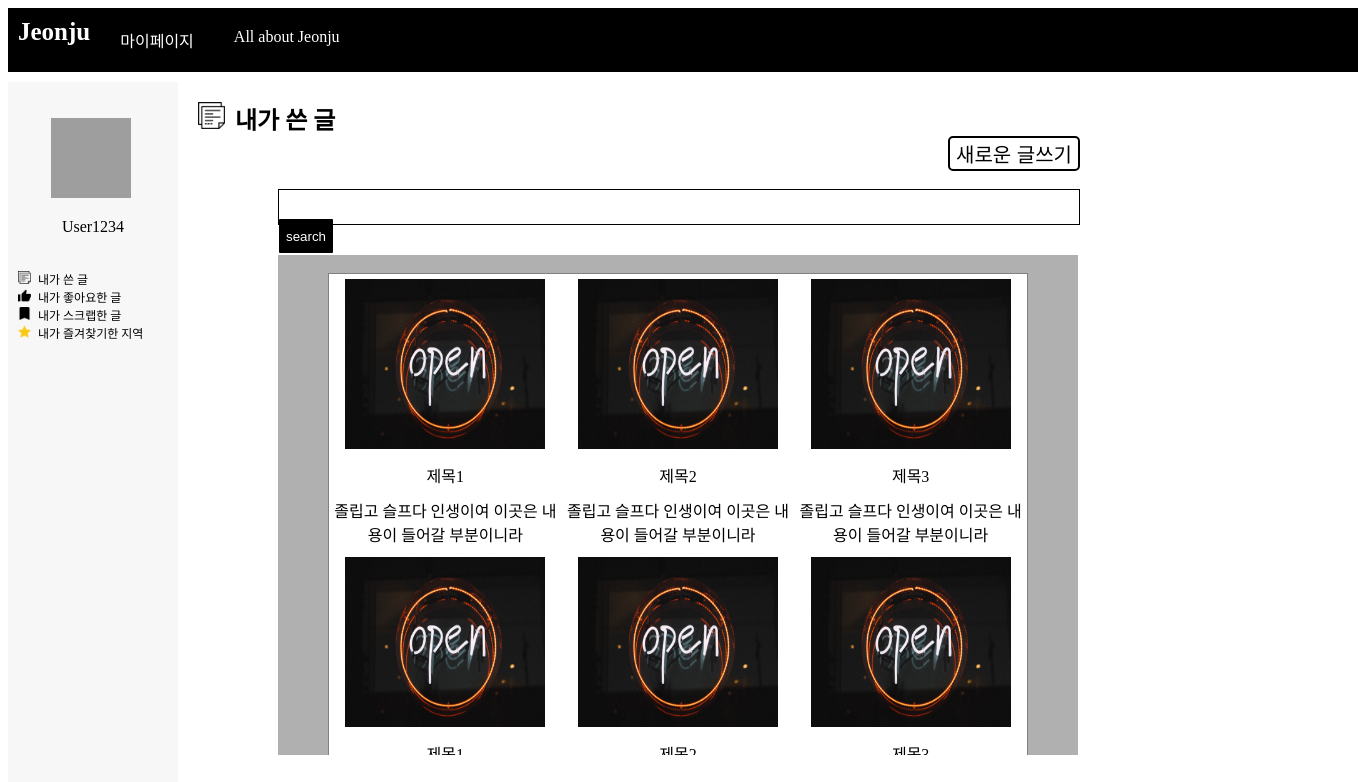
Repository: wka99/WEB-PROJECT
Page: http://localhost/Jeonju/UserPage.html
The author's editor kept a copy of each file at every save. The page is drawn from the files as they stood at one save, then again after the next save.
The browser window is 1280 px wide. The page is 1358 px wide, so the pictures cover 1358 px, including what lies to the right of the window. The pictures show the whole page.
Pictures or frames that could not be fetched are drawn as grey boxes. An inner scrolling area shows only its first screen. Some web libraries are served in a nearby version. The page is served by Tomcat 9. Other server files are loaded and not shown.

Above is the page before, as saved 2018-12-03 09:28:16.

### Jeonju/WebContent/UserPage.html
<!DOCTYPE html>
<html>
<head>
<meta content="text/html" charset="EUC-KR">
<script src="https://code.jquery.com/jquery-3.2.1.min.js"></script>
<script>
$(document).ready(function(){
    $("#searchbutton").click(function(event){
    	var keyword=$(".searchtext").val();
    	alert(keyword);
    });
})
</script>
<title>전주 mypage</title>
<link rel="stylesheet" type="text/css" href="NewFile.css">
</head>
<body>
<div id="container">
	<ul class="menubar">
		<li class="h"><a class="title" href="##"><b>Jeonju</b></a></li>
		<li class="h"><a class="h" href="UserPage.html">마이페이지</a>
			<ul>
				<li><a href="UserPage.html"><img id="usermenuimg" src="paper.png"></img> 내가 쓴 글</a></li>
				<li><a href="UserPage2.html"><img id="usermenuimg" src="thumb-up-button.png"></img> 내가 좋아요한 글</a></li>
				<li><a href="UserPage3.html"><img id="usermenuimg" src="bookmark-ribbon.png"></img> 내가 스크랩한 글</a></li>
				<li><a href="UserPage4.html"><img id="usermenuimg" src="star.png"></img> 내가 즐겨찾기한 글</a></li>
			</ul>
		</li>
		<li class="h"><a class="h" href="##">All about Jeonju</a></li>
	</ul>
    <nav>
    	<br><br>
    	<img id="userImg" src="user.png" width="80px" height="80px"></img>
    	<br><p align="center">User1234</p><br></a>
	<div class="menu">
    	<img id="usermenuimg" src="paper.png"></img>
    	<a href="UserPage.html"><span>&nbsp;내가 쓴 글</span><br></a>
    	<img id="usermenuimg" src="thumb-up-button.png"></img>
    	<a href="UserPage2.html"><span>&nbsp;내가 좋아요한 글</span><br></a>
    	<img id="usermenuimg" src="bookmark-ribbon.png"></img>
    	<a href="UserPage3.html"><span>&nbsp;내가 스크랩한 글</span><br></a>
    	<img id="usermenuimg" src="star.png"></img>
    	<a href="UserPage4.html"><span>&nbsp;내가 즐겨찾기한 지역</span></a>
	</div>
    </nav>
    <section>
    	<div class="title">
    		<img class="bigMenu" id="내가 쓴 글" src="paper.png" width="27px" height="27px"></img>
    		<b><font size="5">&nbsp;내가 쓴 글</font></b>
    	</div>
    	<div align="right">
    		<button class="btn-2" onClick="location.href='##sss'">새로운 글쓰기</button>
    	</div>
    	<br>
    	<div class="searchwindow">
    		<input type="text" class="searchtext" value=""/>
    		<button id="searchbutton" type="button" class="search">search</button>
    	</div>
    	<br><br>
    	<div class="myPost">
    	<br>
    	<table id="user-table">
    		<tbody>
    		<tr>
				<td><img src="ds.jpg" width="200px" height="170px"></td>
				<td><img src="ds.jpg" width="200px" height="170px"></td>
				<td><img src="ds.jpg" width="200px" height="170px"></td>
    		</tr>
    		<tr>
    			<td height="10px">제목1</td>
				<td height="10px">제목2</td>
				<td height="10px">제목3</td>
    		</tr>
    		<tr>
    			<td height="50px">졸립고 슬프다 인생이여 이곳은 내용이 들어갈 부분이니라</td>
				<td height="50px">졸립고 슬프다 인생이여 이곳은 내용이 들어갈 부분이니라</td>
				<td height="50px">졸립고 슬프다 인생이여 이곳은 내용이 들어갈 부분이니라</td>
    		</tr>
    		<tr>
				<td><img src="ds.jpg" width="200px" height="170px"></td>
				<td><img src="ds.jpg" width="200px" height="170px"></td>
				<td><img src="ds.jpg" width="200px" height="170px"></td>
    		</tr>
    		<tr>
    			<td height="10px">제목1</td>
				<td height="10px">제목2</td>
				<td height="10px">제목3</td>
    		</tr>
    		<tr>
    			<td height="50px">졸립고 슬프다 인생이여 이곳은 내용이 들어갈 부분이니라</td>
				<td height="50px">졸립고 슬프다 인생이여 이곳은 내용이 들어갈 부분이니라</td>
				<td height="50px">졸립고 슬프다 인생이여 이곳은 내용이 들어갈 부분이니라</td>
    		</tr>
    		</tbody>
    	</table>
    	</div>
    </section>
</div>
</body>
</html>

### Jeonju/WebContent/NewFile.css
	#container{
		width:1350px;
		margin:0px auto;
	}
	header{
		    		width:100%;
                    height:50px;
                    background-color:black;
                    color:white;
                   }
    .menubar{
    	list-style-type:none;
    	margin:0;
    	padding:0;
    	overflow:hidden;
    	background-color:black;
    }
    li.h{
    	float:left;
    	solid #bbb;
    }
    li.h a.h{
    	display:block;
    	color:white;
    	text-align:center;
    	padding:20px;
    	text-decoration:none;
    }
    li.h a.title{
    	display:block;
    	color:white;
    	text-align:center;
    	padding:10px;
    	text-decoration:none;
    	font-size:25px;
    }
    .menubar li ul{
    	opacity:0.8;
		background: rgb(109,109,109);
		display:none; /* 평상시에는 드랍메뉴가 안보이게 하기 */
		height:auto;
		padding:0px;
		margin:0px;
		border:0px;
		position:absolute;
		width:200px;
		z-index:200;
	}
	.menubar li:hover ul{
		display:block; /* 마우스 커서 올리면 드랍메뉴 보이게 하기 */
	}
	.menubar li li {
	background: rgb(109,109,109);
	display:block;
	float:none;
	margin:0px;
	padding:0px;
	width:200px;
	}
	.menubar li:hover li a{
	background:none;
	}
	.menubar li ul a{
	display:block;
    color:white;
    text-align:left;
    text-decoration:none;
    padding:15px;
	}
	.menubar li ul a:hover, .menubar li ul li:hover a{
	background: rgb(71,71,71);
	border:0px;
	color:#ffffff;
	text-decoration:none;
	}
    li.h a.h:hover{background-color:#dfdfdf;}

    .searchwindow {
	display: inline-block;
	width: 800px; height: 34px;
	border: 1px solid black;
	background: white;
	align:center;
	margin-left:100px;
	}
	.searchtext {
		width: 731px; height: 21px;
		margin: 6px 0 0 9px;
		border: 0;
		line-height: 21px;
		font-size: 16px;
		outline: none;
	}
	.search {
		width: 54px; height: 34px;
		margin: 0; border: 0;
		vertical-align: top;
		background: black;
		color: white;
		border-radius: 1px;
		cursor: pointer;
	}
	.search:hover {
		background: #faa93e;
	}

	.btn-2,
	.btn-2::after {
	  -webkit-transition: all 0.3s;
	    -moz-transition: all 0.3s;
	  -o-transition: all 0.3s;
	    transition: all 0.3s;
	}
	.btn-2{
	  background: none;
	  border: 2px solid #000000;
	  border-radius: 5px;
	  color: #000000;
	  display: block;
	  font-size: 20px;

	  position: relative;
	  text-transform: uppercase;
	}

	.btn-2::before,
	.btn-2::after {
	  background: #000000;
	  content: '';
	  position: absolute;
	  z-index: -1;
	}

	.btn-2:hover {
	  color: #fff;
	}

	.btn-2::after {
	  height: 100%;
	  left: 0;
	  top: 0;
	  width: 0;
	}

	.btn-2:hover:after {
	  width: 100%;
	}


    nav{
            float:left;
            margin-top:10px;
            background-color:#f7f7f7;
            width:170px;
            height:700px;}
    section{
    		float:left;
    	}
    #userImg{margin-left:43px;}
    #usermenuimg{margin-left:10px;width:13px;height:13px;}
	.menu{margin-bottom:5px;}
    nav span{font-size:12px;}
    .menu a{color:black;text-decoration:none;}
    header a{color:white;text-decoration:none;}
    .bigMenu{margin-left:20px; margin-top:30px;}
    .myPost,.bookmark_posts{width:800px; height:500px; margin-left:100px; overflow:auto; background-color:#b0b0b0;}
    #user-table{margin:0 auto;text-align:center;border-collapse:collapse;width:700px;
                border:1px solid gray; background-color:white;}
    #user-table td{padding:5px;}

After the next save:
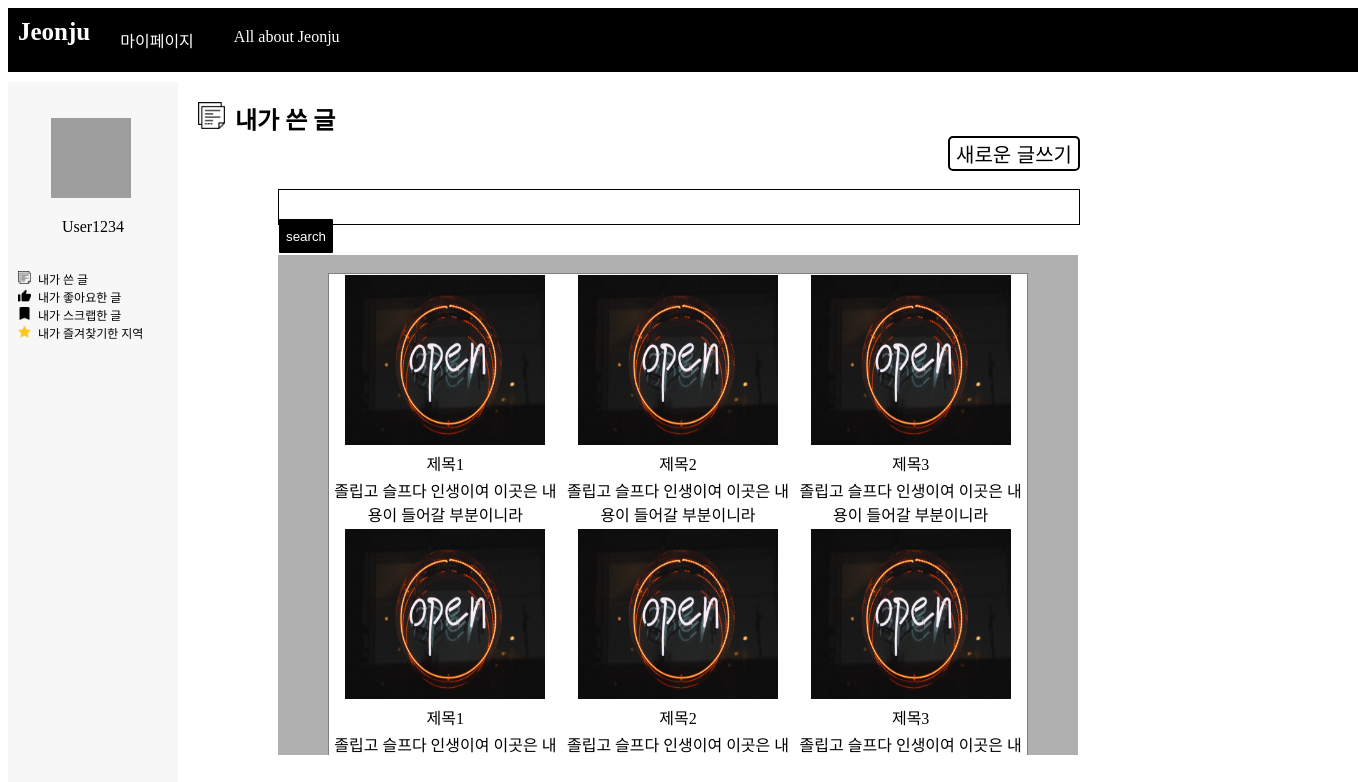
Saved 57 s later.
--- a/Jeonju/WebContent/NewFile.css
+++ b/Jeonju/WebContent/NewFile.css
@@ -164,6 +164,6 @@
     header a{color:white;text-decoration:none;}
     .bigMenu{margin-left:20px; margin-top:30px;}
     .myPost,.bookmark_posts{width:800px; height:500px; margin-left:100px; overflow:auto; background-color:#b0b0b0;}
-    #user-table{margin:0 auto;text-align:center;border-collapse:collapse;width:700px;
+    #user-table,#bookmark-table{margin:0 auto;text-align:center;border-collapse:collapse;width:700px;
                 border:1px solid gray; background-color:white;}
-    #user-table td{padding:5px;}
+    #user-table,#bookmark-table td{padding:5px;}
